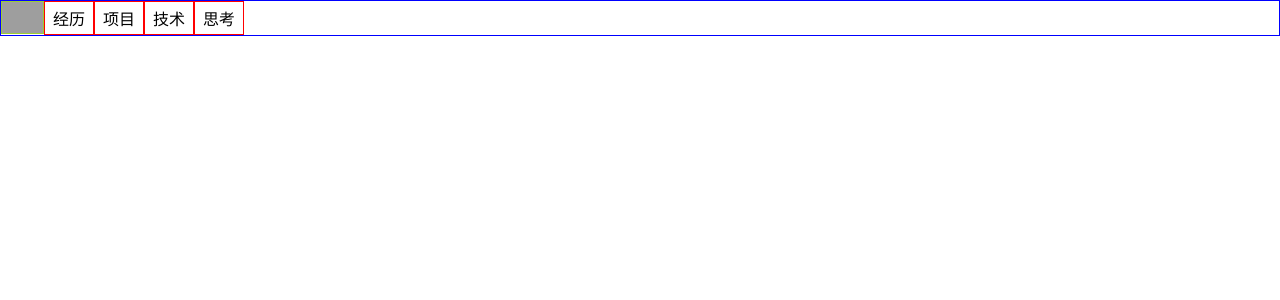
Repository: Lixianlai-2/Css-practice
Page: index.html
The author's editor kept a copy of each file at every save. The page is drawn from the files as they stood at one save, then again after the next save.
The browser window is 1280 px wide. The pictures show the whole page.
Pictures or frames that could not be fetched are drawn as grey boxes.

Above is the page before, as saved 2021-12-03 10:06:45.

After the next save:
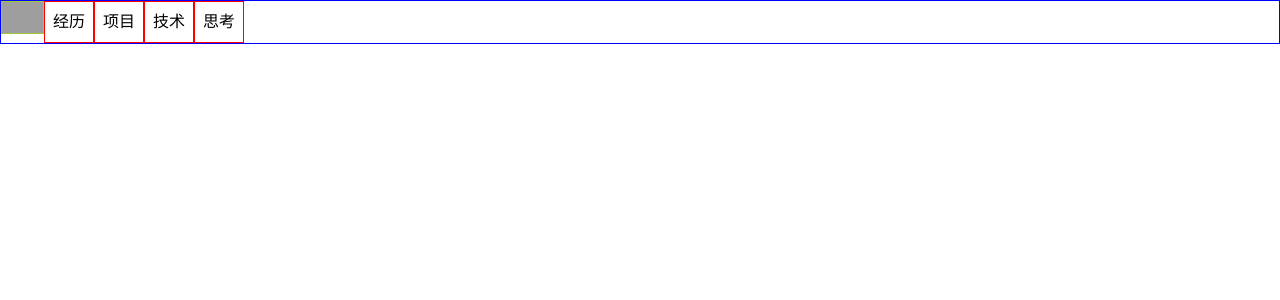
Saved 30 s later.
--- a/style.css
+++ b/style.css
@@ -35,7 +35,7 @@ ol {
 
 ul > li {
   border: 1px solid red;
-
+  line-height: 32px;
   float: left;
   padding: 4px 0.5em;
 }
